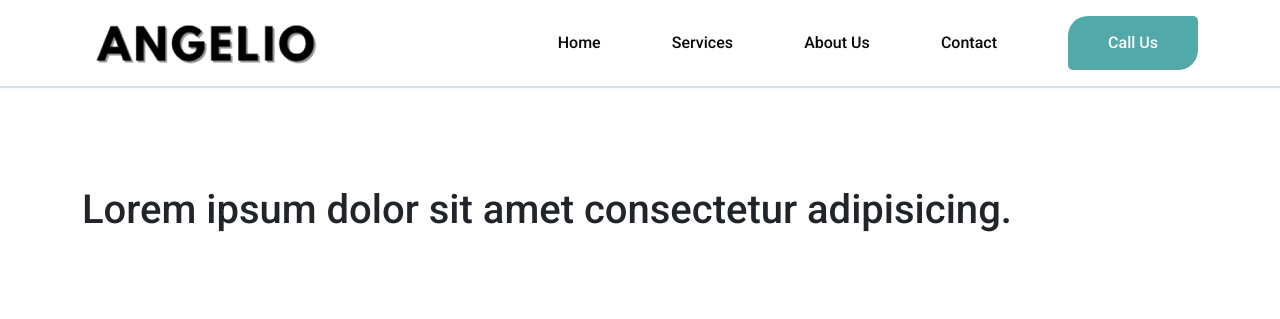
Repository: nazmulalok/landing-page-angelio
Page: index.html
The author's editor kept a copy of each file at every save. The page is drawn from the files as they stood at one save, then again after the next save.
The browser window is 1280 px wide. The pictures show the whole page.

Above is the page before, as saved 2022-09-04 15:54:21.

After the next save:
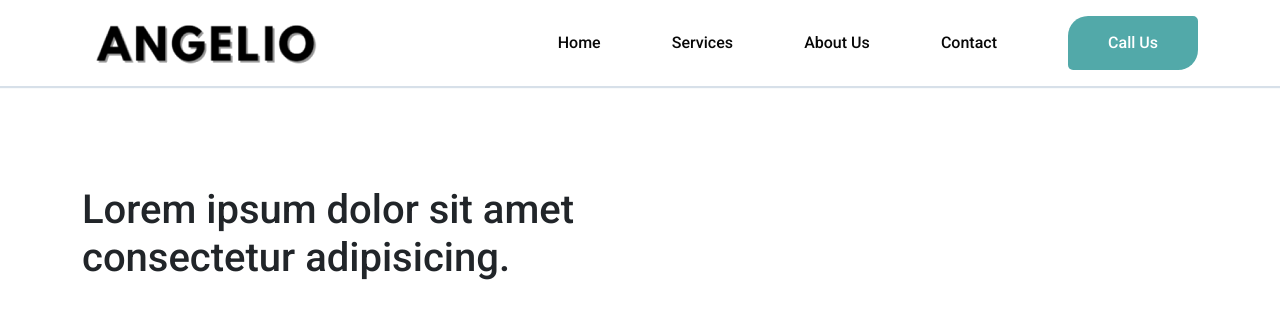
Saved 17 min 4 s later.
--- a/index.html
+++ b/index.html
@@ -42,7 +42,14 @@
         </header>
         <section class="sec-padding">
             <div class="container">
-                <h1>Lorem ipsum dolor sit amet consectetur adipisicing.</h1>
+                <div class="row align-items-center">
+                    <div class="col-lg-6 order-lg-last">
+
+                    </div>
+                    <div class="col-lg-6">
+                        <h1>Lorem ipsum dolor sit amet consectetur adipisicing.</h1>
+                    </div>
+                </div>
             </div>
         </section>
 
